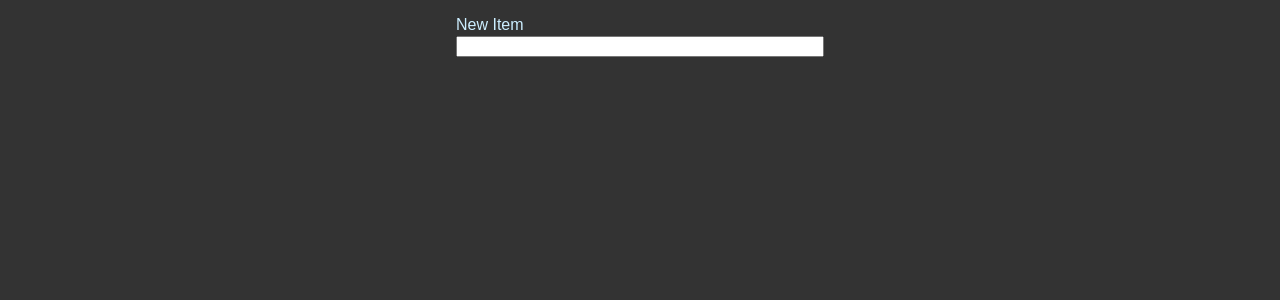
Repository: kemsig/CSFE24
Page: / (app in Week3- Todo/)
These files come from the project's save history. The page is drawn as it stood at one moment and after the next save; the edit follows.
The browser window is 1280 px wide. The pictures show the whole page.
The project was rebuilt for these pictures with package versions that can differ from the ones it lists, and the page was loaded fresh each time. Also part of the build but not shown: Week3- Todo/vite.config.js.

Above is the page before, as saved 2024-03-07 22:07:40.

### Week3- Todo/src/App.jsx
import "./styles.css"


export default function App(){
  return <form className="item-form">
    <div className="form-row">
      <label htmlFor="item">New Item</label>
      <input type="text" id="item" />
    </div>
  </form>

}

Loaded but not shown: Week3- Todo/index.html (common file); Week3- Todo/src/main.jsx (common file); Week3- Todo/src/styles.css (common file)

After the next save:
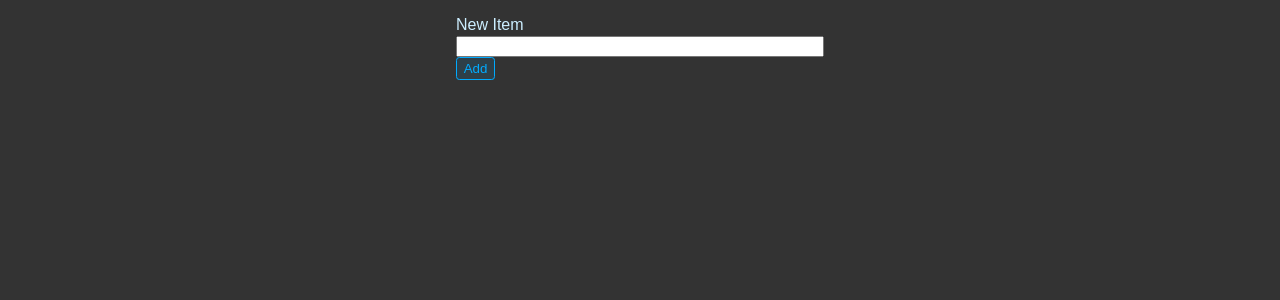
Saved 27 s later.
--- a/Week3- Todo/src/App.jsx
+++ b/Week3- Todo/src/App.jsx
@@ -7,6 +7,7 @@ export default function App(){
       <label htmlFor="item">New Item</label>
       <input type="text" id="item" />
     </div>
+    <button className="btn">Add</button>
   </form>
 
 }
